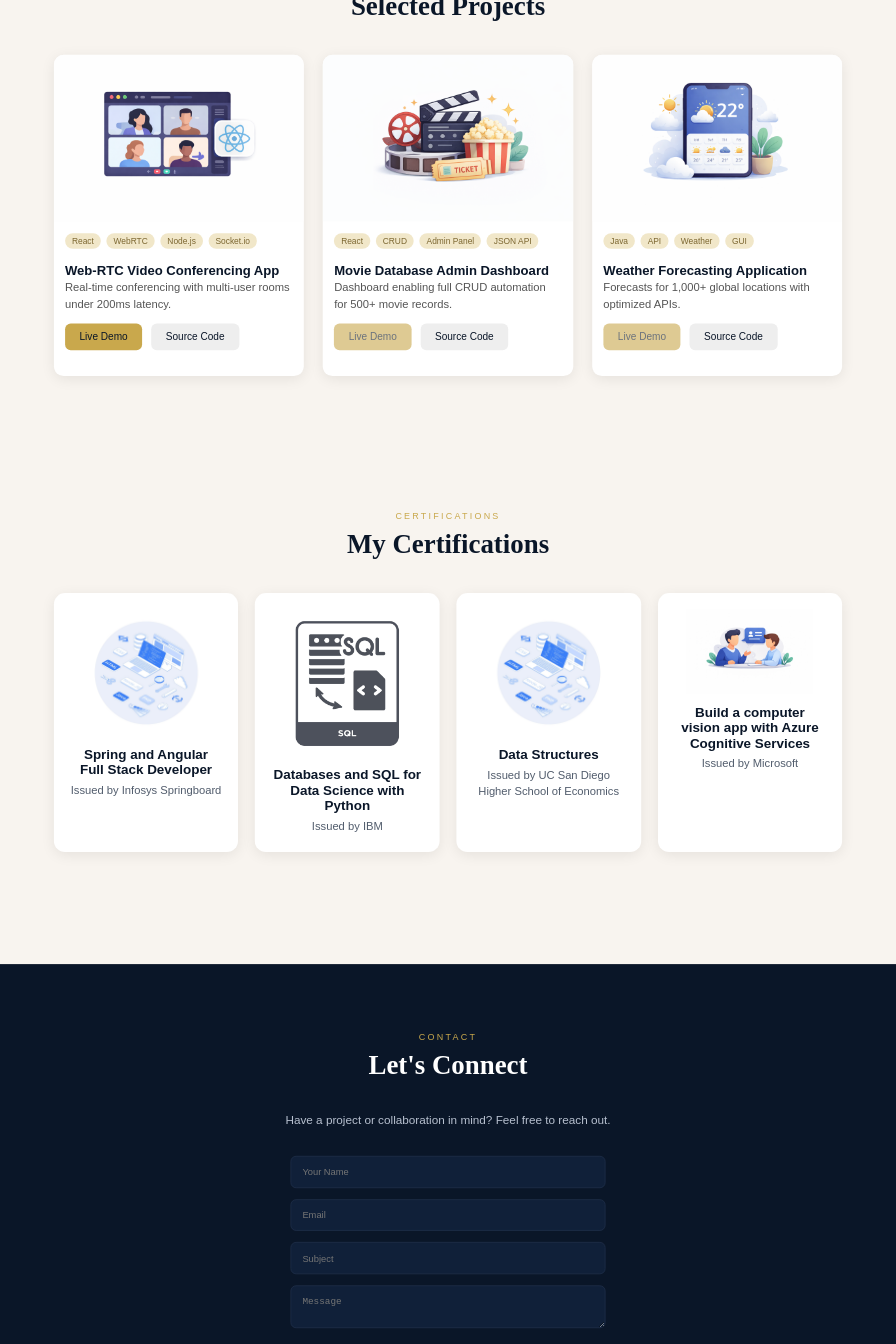
Repository: priyanshuanand12022/My-Portfolio
Page: /
An editor plug-in stored every save of this project. The page is shown before and after a run of saves, followed by the edit.
The browser window is 1280 px wide. The pictures show the part of the page from y = 1286 to 3206 px (the page is 3426 px tall), at 70% of full size.
The project was rebuilt for these pictures with package versions that can differ from the ones it lists, and the page was loaded fresh each time. Also part of the build but not shown: vite.config.js.

Above is the page before, as saved 2026-02-28 22:29:59.

### index.html
<!doctype html>
<html lang="en">
  <head>
    <meta charset="UTF-8" />
    <link rel="icon" href="/favicon.png" type="image/png" sizes="32x32" />
    <link rel="apple-touch-icon" href="/favicon.png" />
    <meta name="viewport" content="width=device-width, initial-scale=1.0" />
    <title>Portfolio</title>
  </head>
  <body>
    <div id="root"></div>
    <script type="module" src="/src/main.jsx"></script>
  </body>
</html>

### src/main.jsx
import React from "react";
import ReactDOM from "react-dom/client";
import Portfolio from "./Portfolio.jsx";

ReactDOM.createRoot(document.getElementById("root")).render(
  <React.StrictMode>
    <Portfolio />
  </React.StrictMode>
);

### src/Portfolio.jsx
import { useState } from "react";
import "./Portfolio.css";
import emailjs from "emailjs-com";

// Images
import webrtcImg from "./assets/webrtc.png";
import movieImg from "./assets/movie.png";
import weatherImg from "./assets/weather.png";
import backendImg from "./assets/backend.png";
import problemImg from "./assets/problem.png";
import teamImg from "./assets/team.png";

export default function Portfolio() {
  const [submitted, setSubmitted] = useState(false);
  const [formData, setFormData] = useState({
    name: "",
    email: "",
    subject: "",
    message: "",
  });

  const handleSubmit = (e) => {
    e.preventDefault();

    emailjs
      .send(
        "service_lk6jd4n",
        "template_el7uc7k",
        {
          name: formData.name,
          email: formData.email,
          subject: formData.subject,
          message: formData.message,
        },
        "nVCyFrHKLSf0xcnOJ"
      )
      .then(() => {
        setSubmitted(true);
      })
      .catch((err) => {
        console.log("Email send error:", err);
        alert("Something went wrong!");
      });
  };

  const handleChange = (e) =>
    setFormData((prev) => ({ ...prev, [e.target.name]: e.target.value }));

  return (
    <div className="portfolio">

      {/* ================= NAVBAR ================= */}
      <nav className="nav">
  {/* Left */}
  <div className="nav-logo">Priyanshu Anand</div>

  {/* Center */}
  <ul className="nav-center">
    <li><a href="#about">About</a></li>
    <li><a href="#skills">Skills</a></li>
    <li><a href="#projects">Projects</a></li>
    <li><a href="#certifications">Certifications</a></li>
    <li><a href="#contact">Contact</a></li>
  </ul>

  {/* Right */}
  <div className="nav-right">

    {/* Resume Button */}
    <a
      href="/resume.pdf"
      className="resume-btn"
      target="_blank"
      rel="noopener noreferrer"
    >
      Resume
    </a>

    <a href="https://github.com/priyanshuanand12022" target="_blank">
      <img className="icon" src="/github.svg" alt="GitHub" />
    </a>

    <a href="https://www.linkedin.com/in/priyanshu-anand-213315353" target="_blank">
      <img className="icon" src="/linkedin.svg" alt="LinkedIn" />
    </a>
  </div>
</nav>

      {/* ================= HERO ================= */}
      <section id="about" className="hero">
        <h1>Building performant, scalable & user-focused applications</h1>

        <p className="hero-desc">
          Versatile and results-driven Full Stack Developer with hands-on
          experience in MERN, Spring Boot, and modern databases. Passionate
          about crafting efficient, scalable, and user-centered solutions
          while contributing to open-source and developer communities.
        </p>

        <div className="hero-buttons">
          <a href="#projects" className="btn-primary">View Work</a>
          <a href="#contact" className="btn-secondary">Get In Touch</a>
        </div>
      </section>

      {/* ================= SKILLS ================= */}
      <section id="skills" className="skills">
        <div className="section-tag">SKILLS</div>
        <h2 className="section-title">What I Bring</h2>

        <div className="skills-grid">

          <div className="skill-card">
            <img src={webrtcImg} alt="Frontend" className="skill-img" />
            <h3>Frontend Development</h3>
            <p>React, JavaScript, HTML, CSS, UI/UX oriented design.</p>
          </div>

          <div className="skill-card">
            <img src={backendImg} alt="Backend" className="skill-img" />
            <h3>Backend Engineering</h3>
            <p>Node.js, Spring Boot, REST APIs, MongoDB, SQL.</p>
          </div>

          <div className="skill-card">
            <img src={problemImg} alt="Problem Solving" className="skill-img" />
            <h3>Problem Solving</h3>
            <p>Strong DSA foundation, debugging, and optimization.</p>
          </div>

          <div className="skill-card">
            <img src={teamImg} alt="Team" className="skill-img" />
            <h3>Team & Leadership</h3>
            <p>Collaboration, communication, adaptability, ownership.</p>
          </div>

        </div>
      </section>

      {/* ================= PROJECTS ================= */}
      <section id="projects" className="projects">
        <div className="section-tag">PORTFOLIO</div>
        <h2 className="section-title">Selected Projects</h2>

        <div className="projects-grid">

          {/* WEBRTC */}
          <div className="project-card">
            <img src={webrtcImg} className="project-img" alt="WebRTC" />
            <div className="project-tags">
              <span>React</span>
              <span>WebRTC</span>
              <span>Node.js</span>
              <span>Socket.io</span>
            </div>
            <h3>Web-RTC Video Conferencing App</h3>
            <p>Real-time conferencing with multi-user rooms under 200ms latency.</p>

            <div className="project-buttons">
              <a href="https://webrtc-conference-app2.netlify.app" className="btn-live">Live Demo</a>
              <a href="https://github.com/priyanshuanand12022/webrtc-full-app.git" className="btn-code">Source Code</a>
            </div>
          </div>

          {/* MOVIE DASHBOARD */}
          <div className="project-card">
            <img src={movieImg} className="project-img" alt="Movie Dashboard" />
            <div className="project-tags">
              <span>React</span>
              <span>CRUD</span>
              <span>Admin Panel</span>
              <span>JSON API</span>
            </div>
            <h3>Movie Database Admin Dashboard</h3>
            <p>Dashboard enabling full CRUD automation for 500+ movie records.</p>

            <div className="project-buttons">
              <a className="btn-live disabled">Live Demo</a>
              <a href="https://github.com/priyanshuanand12022/DBMS-Movie-Ticket-Booking-System.git" className="btn-code">Source Code</a>
            </div>
          </div>

          {/* WEATHER APP */}
          <div className="project-card">
            <img src={weatherImg} className="project-img" alt="Weather App" />
            <div className="project-tags">
              <span>Java</span>
              <span>API</span>
              <span>Weather</span>
              <span>GUI</span>
            </div>
            <h3>Weather Forecasting Application</h3>
            <p>Forecasts for 1,000+ global locations with optimized APIs.</p>

            <div className="project-buttons">
              <a className="btn-live disabled">Live Demo</a>
              <a href="https://github.com/priyanshuanand12022/JAVA-WEATHER-APPLICATION-PROJECT.git" className="btn-code">Source Code</a>
            </div>
          </div>

        </div>
      </section>

      {/* ================= CERTIFICATIONS ================= */}
<section id="certifications" className="skills">
  <div className="section-tag">CERTIFICATIONS</div>
  <h2 className="section-title">My Certifications</h2>

  <div className="skills-grid">

    <div
      className="skill-card"
      onClick={() => window.open("/certificates/cert1.pdf", "_blank")}
      style={{ cursor: "pointer" }}
    >
      <img src="/cert-images/spring-angular.png" className="skill-img" />
      <h3>Spring and Angular Full Stack Developer</h3>
      <p>Issued by Infosys Springboard</p>
    </div>

    <div
      className="skill-card"
      onClick={() => window.open("/certificates/cert2.pdf", "_blank")}
      style={{ cursor: "pointer" }}
    >
      <img src="/cert-images/ibm-sql-python.png" className="skill-img" />
      <h3>Databases and SQL for Data Science with Python</h3>
      <p>Issued by IBM</p>
    </div>

    <div
      className="skill-card"
      onClick={() => window.open("/certificates/cert3.pdf", "_blank")}
      style={{ cursor: "pointer" }}
    >
      <img src="/cert-images/spring-angular.png" className="skill-img" />
      <h3>Data Structures</h3>
      <p>Issued by UC San Diego Higher School of Economics</p>
    </div>

    <div
      className="skill-card"
      onClick={() => window.open("/certificates/cert4.pdf", "_blank")}
      style={{ cursor: "pointer" }}
    >
      <img src={teamImg} alt="Cert 4" className="skill-img" />
      <h3>Build a computer vision app with Azure Cognitive Services</h3>
      <p>Issued by Microsoft</p>
    </div>

  </div>
</section>

      {/* ================= CONTACT ================= */}
      <section id="contact" className="contact">
        <div className="section-tag light">CONTACT</div>
        <h2 className="section-title light">Let's Connect</h2>

        <p className="contact-desc">
          Have a project or collaboration in mind? Feel free to reach out.
        </p>

        {submitted ? (
          <div className="thankyou">
            Thank you! I’ll get back to you soon.
          </div>
        ) : (
          <form className="contact-form" onSubmit={handleSubmit}>
            <input name="name" placeholder="Your Name" required onChange={handleChange} />
            <input name="email" type="email" placeholder="Email" required onChange={handleChange} />
            <input name="subject" placeholder="Subject" onChange={handleChange} />
            <textarea name="message" placeholder="Message" required onChange={handleChange} />
            <button className="btn-primary submit-btn">Send Message</button>
          </form>
        )}
      </section>

      {/* ================= FOOTER ================= */}
      <footer className="footer">
        © 2026 <span>Priyanshu Anand</span> — All Rights Reserved.
      </footer>

    </div>
  );
}

### src/Portfolio.css
/* GLOBAL */
* {
  margin: 0;
  padding: 0;
  box-sizing: border-box;
}

body {
  font-family: "DM Sans", sans-serif;
  background: #f8f4ef;
  color: #0a1628;
}

.portfolio {
  width: 100%;
  overflow-x: hidden;
}

/* ================= NAV ================= */
.nav {
  display: flex;
  justify-content: space-between;
  align-items: center;
  padding: 1.1rem 6%;
  position: fixed;
  top: 0;
  width: 100%;
  background: rgba(10, 22, 40, 0.95);
  backdrop-filter: blur(10px);
  z-index: 2000;
}

.nav-logo {
  color: white;
  font-weight: 700;
  font-size: 1.6rem;
  letter-spacing: 0.5px;
}

.nav {
  display: flex;
  justify-content: space-between;   /* keeps left, center, right separated */
  align-items: center;
  padding: 1.2rem 6%;
  position: fixed;
  top: 0;
  width: 100%;
  background: rgba(10, 22, 40, 0.92);
  backdrop-filter: blur(10px);
  z-index: 200;
}

/* Center nav links */
.nav-center {
  position: absolute;
  left: 50%;
  transform: translateX(-50%);   /* centers exactly */
  display: flex;
  gap: 2rem;
  list-style: none;
}

.nav-center a {
  color: #c9cbd1;
  text-decoration: none;
  font-size: 0.88rem;
}

.resume-btn {
  border: 1px solid #c9a84c;
  background: transparent;
  color: #c9a84c;
  padding: 6px 16px;
  border-radius: 6px;
  text-decoration: none;
  font-size: 0.85rem;
  font-weight: 600;
  transition: 0.2s ease;
}

.resume-btn:hover {
  background: #c9a84c;
  color: #0a1628;
}

.nav-center a:hover {
  color: #e8c97a;
}

/* Right social icons */
.nav-right {
  display: flex;
  gap: 1.2rem;
  align-items: center;
}

.nav-logo span {
  color: #c9a84c;
}

/* Nav links */
.nav-links {
  display: flex;
  gap: 2rem;
  list-style: none;
}

.nav-links a {
  color: #c9cbd1;
  text-decoration: none;
  font-size: 0.88rem;
  transition: 0.2s ease;
}

.nav-links a:hover {
  color: #e8c97a;
}

/* Social Icons Right Side */
.nav-social {
  display: flex;
  align-items: center;
  gap: 1rem;
}

.nav-social .icon {
  width: 22px;
  height: 22px;
  filter: brightness(0) invert(1); /* white icons */
  opacity: 0.85;
  transition: 0.2s;
}

.nav-social .icon:hover {
  opacity: 1;
  transform: scale(1.15);
}

/* ================= HERO ================= */
.hero {
  background: #0a1628;
  color: white;
  padding: 10rem 6% 7rem;
}

.hero h1 {
  font-family: "Playfair Display", serif;
  font-size: 3.4rem;
  max-width: 750px;
  line-height: 1.2;
}

.hero-desc {
  margin-top: 1.3rem;
  color: #aeb5c3;
  max-width: 620px;
  line-height: 1.6;
}

.hero-buttons {
  margin-top: 2rem;
  display: flex;
  gap: 1rem;
}

.btn-primary {
  background: #c9a84c;
  color: #0a1628;
  padding: 0.9rem 2rem;
  border-radius: 8px;
  text-decoration: none;
  font-weight: 600;
}

.btn-secondary {
  background: white;
  color: #0a1628;
  padding: 0.9rem 2rem;
  border-radius: 8px;
  text-decoration: none;
  font-weight: 600;
}

/* ================= SECTION HEADERS ================= */
.section-tag {
  text-align: center;
  letter-spacing: 0.25em;
  color: #c9a84c;
  font-size: 0.8rem;
}

.section-title {
  text-align: center;
  font-family: "Playfair Display", serif;
  font-size: 2.4rem;
  margin: 0.7rem 0 3rem;
}

/* ================= SKILLS ================= */
.skills {
  padding: 6rem 6%;
}

.skills-grid {
  display: grid;
  grid-template-columns: repeat(auto-fit, minmax(260px, 1fr));
  gap: 1.5rem;
}

.skill-card {
  background: white;
  padding: 1.5rem;
  border-radius: 16px;
  text-align: center;
  min-height: 260px;
  box-shadow: 0 4px 20px rgba(0, 0, 0, 0.08);
}

.skill-img {
  width: 180px;
  margin: 0 auto 1rem;
  display: block;
}

.skill-card h3 {
  font-size: 1.2rem;
  margin-bottom: 0.4rem;
}

.skill-card p {
  color: #515c6c;
  line-height: 1.5;
}

/* ================= PROJECTS ================= */
.projects {
  padding: 6rem 6%;
}

.projects-grid {
  display: grid;
  grid-template-columns: repeat(auto-fit, minmax(290px, 1fr));
  gap: 1.7rem;
}

.project-card {
  background: white;
  border-radius: 14px;
  padding-bottom: 1.3rem;
  box-shadow: 0 4px 20px rgba(0, 0, 0, 0.08);
}

.project-img {
  width: 100%;
  border-radius: 14px 14px 0 0;
}

.project-tags {
  display: flex;
  gap: 8px;
  flex-wrap: wrap;
  padding: 0.8rem 1rem;
}

.project-tags span {
  background: #f1e7c9;
  color: #7b6630;
  padding: 4px 10px;
  border-radius: 20px;
  font-size: 0.75rem;
}

.project-card h3 {
  padding: 0 1rem;
  margin-top: 0.5rem;
}

.project-card p {
  padding: 0 1rem;
  color: #555;
  line-height: 1.5;
}

.project-buttons {
  padding: 1rem;
  display: flex;
  gap: 0.8rem;
}

.btn-live {
  background: #c9a84c;
  color: #0a1628;
  padding: 0.7rem 1.3rem;
  border-radius: 8px;
  font-size: 0.9rem;
  text-decoration: none;
}

.btn-code {
  background: #eee;
  color: #0a1628;
  padding: 0.7rem 1.3rem;
  border-radius: 8px;
  font-size: 0.9rem;
  text-decoration: none;
}

.disabled {
  opacity: 0.6;
  pointer-events: none;
}

/* ================= CONTACT ================= */
.contact {
  background: #0a1628;
  color: white;
  padding: 6rem 6%;
  margin-top: 4rem;
  text-align: center;
}

.section-title.light {
  color: white;
}

.contact-desc {
  margin-top: 1rem;
  color: #b7c0cf;
  font-size: 1.05rem;
}

.contact-form {
  margin-top: 2.5rem;
  max-width: 450px;
  margin-left: auto;
  margin-right: auto;
  display: flex;
  flex-direction: column;
  gap: 1rem;
}

.contact-form input,
.contact-form textarea {
  padding: 0.9rem 1rem;
  background: #102039;
  border-radius: 8px;
  border: 1px solid #21324d;
  color: white;
}

.submit-btn {
  margin-top: 0.5rem;
  align-self: center;
}

/* ================= FOOTER ================= */
.footer {
  text-align: center;
  padding: 1.8rem 0;
  background: #0a1628;
  color: #c2cad6;
}

.footer span {
  color: #e6c878;
}

After the next 2 saves:
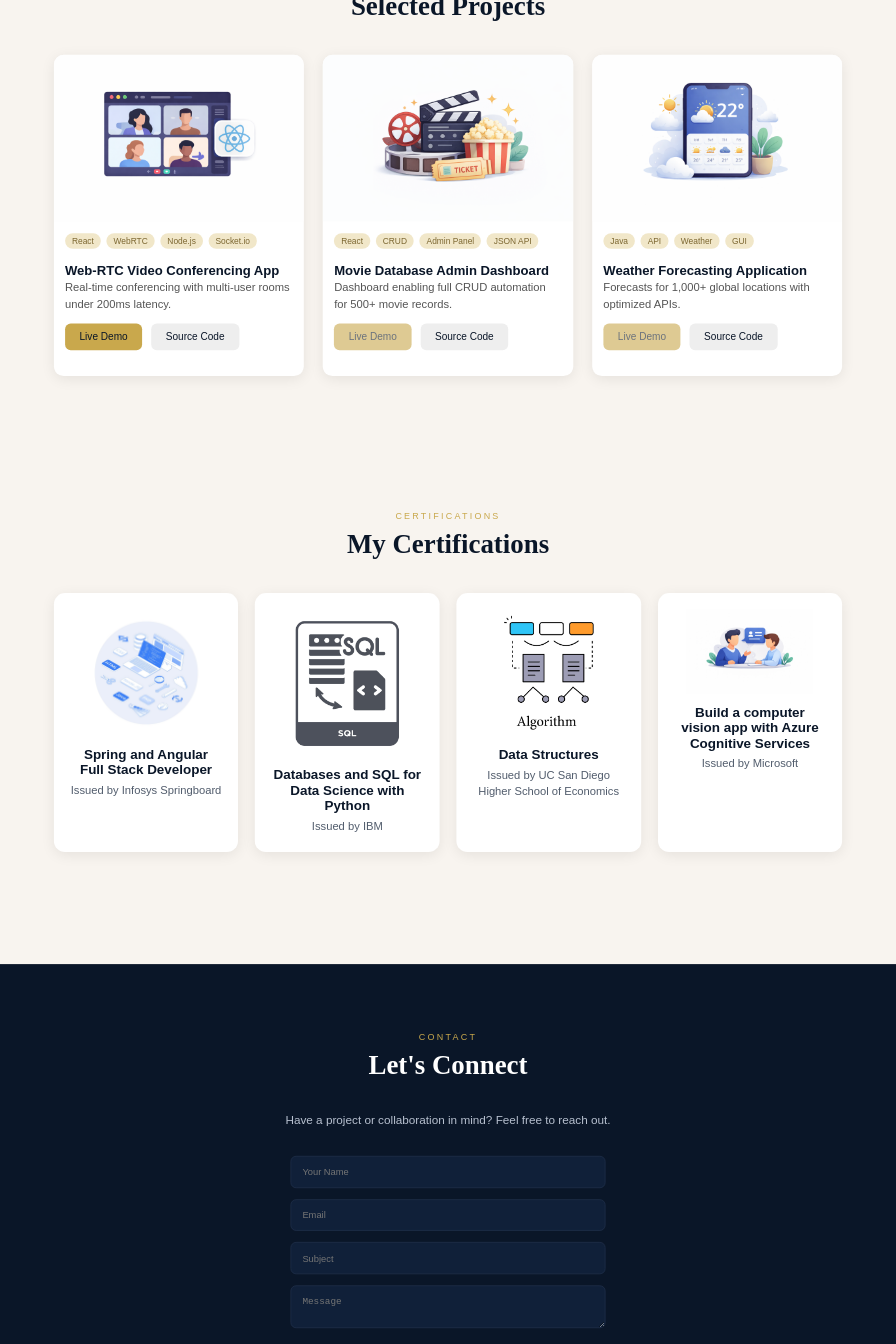
The 2 saves are shown as one change because they came seconds apart.
The last was saved 19 s later.
--- a/src/Portfolio.jsx
+++ b/src/Portfolio.jsx
@@ -233,7 +233,7 @@ export default function Portfolio() {
       onClick={() => window.open("/certificates/cert3.pdf", "_blank")}
       style={{ cursor: "pointer" }}
     >
-      <img src="/cert-images/spring-angular.png" className="skill-img" />
+      <img src="/cert-images/data-structures.png" className="skill-img" />
       <h3>Data Structures</h3>
       <p>Issued by UC San Diego Higher School of Economics</p>
     </div>
